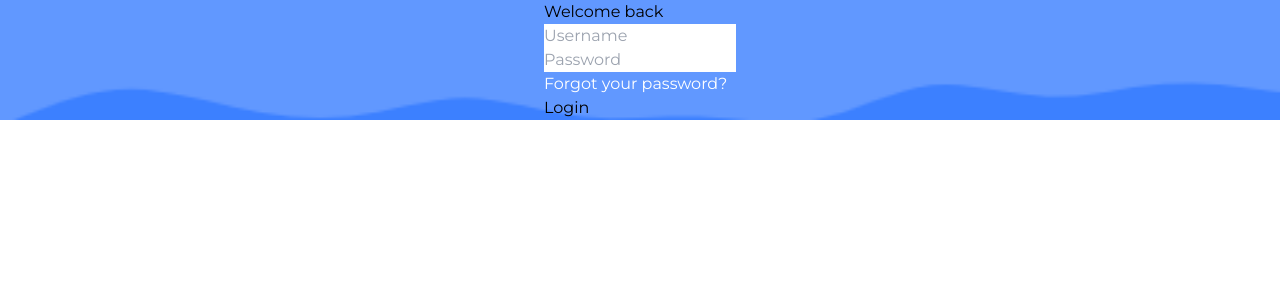
Repository: SatohJiro/CourseSale
Page: /
The author's editor kept a copy of each file at every save. The page is drawn from the files as they stood at one save, then again after the next save.
The browser window is 1280 px wide. The pictures show the whole page.
The project was rebuilt for these pictures with package versions that can differ from the ones it lists, and the page was loaded fresh each time. Also part of the build but not shown: src/pages/Home/index.js, src/pages/Courses/index.js, src/layout/DefaultLayout/DefaultLayout.module.scss, src/layout/components/Header/Header.module.scss, src/layout/components/Header/index.js, src/layout/components/Sidebar/Sidebar.module.scss, src/layout/components/Sidebar/index.js, src/layout/DefaultLayout/index.js.

Above is the page before, as saved 2022-12-05 10:49:20.

After the next save:
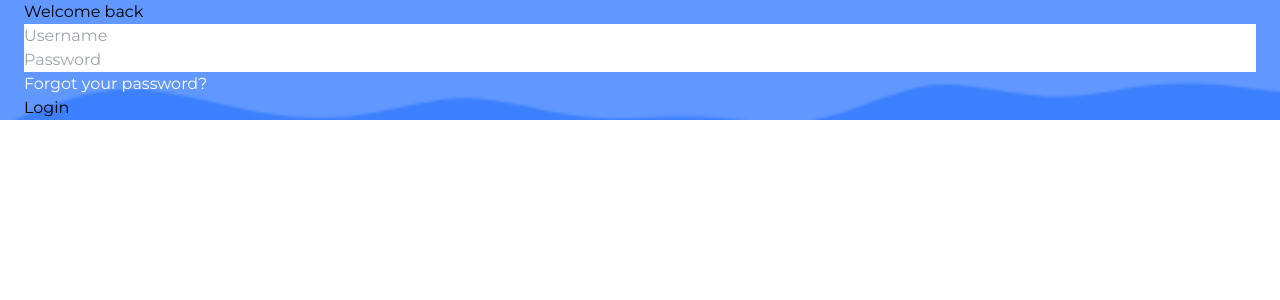
Saved 7 s later.
--- a/src/pages/Login/Login.jsx
+++ b/src/pages/Login/Login.jsx
@@ -4,7 +4,7 @@ const Login = () => {
   return (
     <>
       <div className="grid place-items-center m-0 px-[24px] bg-login bg-no-repeat bg-cover animate-background-pan">
-        <div className="">
+        <div className="w-full">
           <h2>Welcome back</h2>
           <form action="" className="grid">
             <input type="text" placeholder="Username" />
